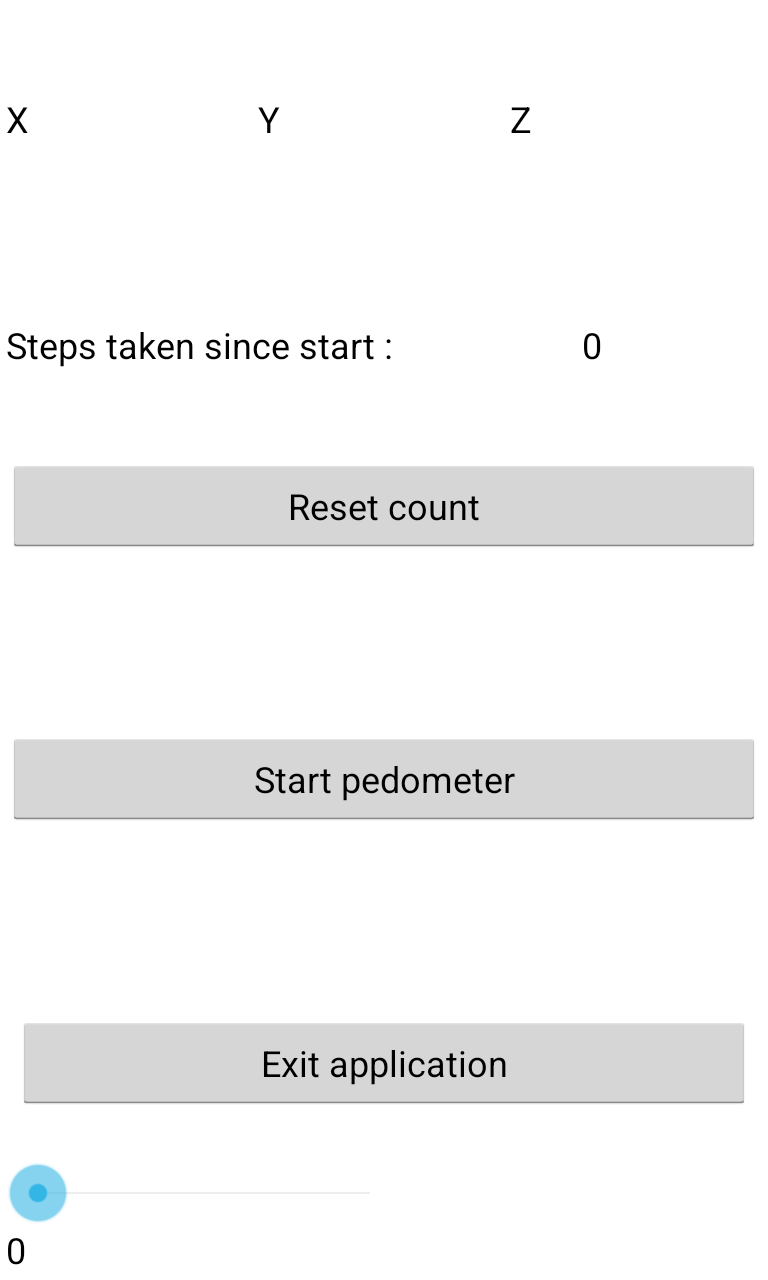
Repository: egelon/CardioAssistant
Layout: CardioAssistant/res/layout/activity_main.xml
These files come from the project's save history. The layout is drawn as it stood at one moment and after the next save; the edit follows.
It is drawn on a 768 x 1280 px phone screen (xhdpi) without system bars, with theme AppTheme; the app's code is not run.

Above is the layout before, as saved 2014-01-22 12:16:40.

### CardioAssistant/res/layout/activity_main.xml
<TableLayout xmlns:android="http://schemas.android.com/apk/res/android"
    xmlns:tools="http://schemas.android.com/tools"
    android:id="@+id/MainLayout"
    android:layout_width="match_parent"
    android:layout_height="match_parent"
    android:padding="3dp"
    android:stretchColumns="1,2,3"
    tools:context=".MainActivity" >

    <TableRow
        android:id="@+id/tableRow1"
        android:layout_width="wrap_content"
        android:layout_height="0dp"
        android:layout_weight="1"
         >

        <TextView
            android:id="@+id/textViewX"
            android:layout_width="0dp"
            android:layout_height="wrap_content"
            android:layout_gravity="center"
            android:layout_weight="1"
            android:text="@string/accelerometer_X"
            android:textAppearance="?android:attr/textAppearanceMedium" />

        <TextView
            android:id="@+id/textViewY"
            android:layout_width="0dp"
            android:layout_height="wrap_content"
            android:layout_gravity="center"
            android:layout_weight="1"
            android:text="@string/accelerometer_Y"
            android:textAppearance="?android:attr/textAppearanceMedium" />

        <TextView
            android:id="@+id/textViewZ"
            android:layout_width="0dp"
            android:layout_height="wrap_content"
            android:layout_gravity="center"
            android:layout_weight="1"
            android:text="@string/accelerometer_Z"
            android:textAppearance="?android:attr/textAppearanceMedium" />

    </TableRow>

    <TableRow
        android:id="@+id/tableRow2"
        android:layout_width="wrap_content"
        android:layout_height="0dp"
        android:layout_weight="1"
        >

        <TextView
            android:id="@+id/stepsTakenLabel"
            android:layout_width="wrap_content"
            android:layout_height="wrap_content"
            android:layout_gravity="center"
            android:layout_weight="1"
            android:text="@string/steps_taken_label"
            android:textAppearance="?android:attr/textAppearanceMedium" />

        <TextView
            android:id="@+id/stepsTakenCounterLabel"
            android:layout_width="0dp"
            android:layout_height="wrap_content"
            android:layout_gravity="center"
            android:layout_weight="1"
            android:text="@string/steps_taken_counter"
            android:textAppearance="?android:attr/textAppearanceMedium" />

    </TableRow>

    <TableRow
        android:id="@+id/tableRow3"
        android:layout_width="wrap_content"
        android:layout_height="0dp"
        android:layout_weight="1" >

        <Button
            android:id="@+id/buttonReset"
            android:layout_width="match_parent"
            android:layout_height="wrap_content"
            android:layout_weight="1"
            android:text="@string/reset_pedometer"
            android:onClick="ResetSteps" />
    </TableRow>

    <TableRow
        android:id="@+id/tableRow4"
        android:layout_width="wrap_content"
        android:layout_height="0dp"
        android:layout_weight="1" >

        <Button
            android:id="@+id/buttonStart"
            android:layout_width="match_parent"
            android:layout_height="wrap_content"
            android:layout_weight="1"
            android:onClick="StartPedometerService"
            android:text="@string/start_pedometer" />
    </TableRow>

    <TableRow
        android:id="@+id/tableRow7"
        android:layout_width="wrap_content"
        android:layout_height="wrap_content"
        android:layout_margin="5dp" >

        <Button
            android:id="@+id/buttonExit"
            android:layout_width="wrap_content"
            android:layout_height="wrap_content"
            android:layout_marginBottom="20dp"
            android:layout_weight="1"
            android:text="@string/exit_application" />

    </TableRow>

    <TableRow
        android:id="@+id/tableRow5"
        android:layout_width="wrap_content"
        android:layout_height="wrap_content" >

        <SeekBar
            android:id="@+id/seekBar"
            android:layout_width="match_parent"
            android:layout_height="wrap_content"
            android:max="40"/>

    </TableRow>

    <TableRow
        android:id="@+id/tableRow6"
        android:layout_width="wrap_content"
        android:layout_height="wrap_content" >

        <TextView
            android:id="@+id/textSensitivity"
            android:layout_width="wrap_content"
            android:layout_height="wrap_content"
            android:layout_gravity="top"
            android:text="@string/text_current_sensitivity"
            android:textAppearance="?android:attr/textAppearanceMedium" />

    </TableRow>

</TableLayout>

### CardioAssistant/res/values/strings.xml
<?xml version="1.0" encoding="utf-8"?>
<resources>

    <string name="app_name">Cardio Assistant</string>
    <string name="action_settings">Settings</string>
    <string name="hello_world">Hello world!</string>
    <string name="start_pedometer">Start pedometer</string>
    <string name="steps_taken_label">"Steps taken since start : "</string>
    <string name="steps_taken_counter">0</string>
    <string name="accelerometer_X">X</string>
    <string name="accelerometer_Y">Y</string>
    <string name="accelerometer_Z">Z</string>
    <string name="reset_pedometer">Reset count</string>
    <string name="text_current_sensitivity">0</string>
    <string name="exit_application">Exit application</string>

</resources>

Loaded but not shown: CardioAssistant/res/values/styles.xml (common file); CardioAssistant/res/values-v11/styles.xml (common file); CardioAssistant/res/values-v14/styles.xml (common file)

After the next save:
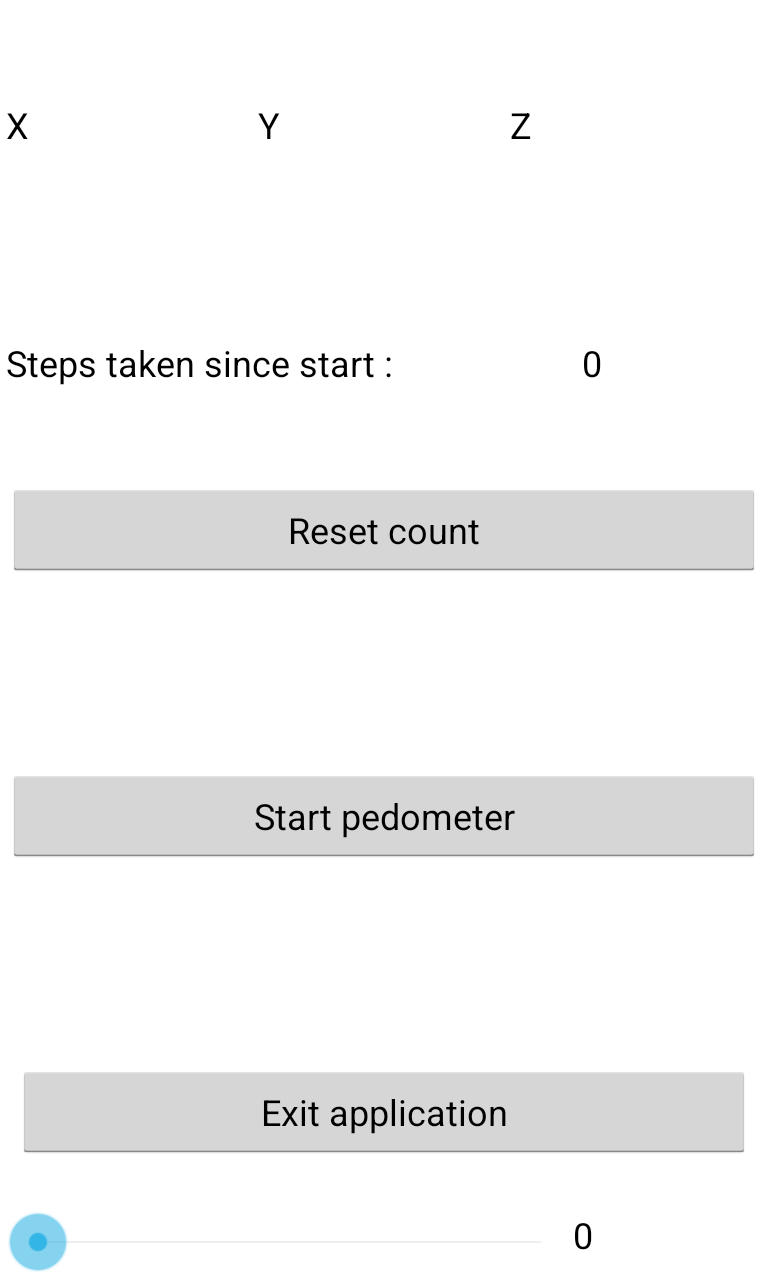
Saved 2 min 34 s later.
--- a/CardioAssistant/res/layout/activity_main.xml
+++ b/CardioAssistant/res/layout/activity_main.xml
@@ -125,7 +125,15 @@
             android:id="@+id/seekBar"
             android:layout_width="match_parent"
             android:layout_height="wrap_content"
+            android:layout_weight="1"
             android:max="40"/>
+
+        <TextView
+            android:id="@+id/textSensitivity"
+            android:layout_width="wrap_content"
+            android:layout_height="wrap_content"
+            android:text="@string/text_current_sensitivity"
+            android:textAppearance="?android:attr/textAppearanceMedium" />
 
     </TableRow>
 
@@ -134,14 +142,6 @@
         android:layout_width="wrap_content"
         android:layout_height="wrap_content" >
 
-        <TextView
-            android:id="@+id/textSensitivity"
-            android:layout_width="wrap_content"
-            android:layout_height="wrap_content"
-            android:layout_gravity="top"
-            android:text="@string/text_current_sensitivity"
-            android:textAppearance="?android:attr/textAppearanceMedium" />
-
     </TableRow>
 
 </TableLayout>
